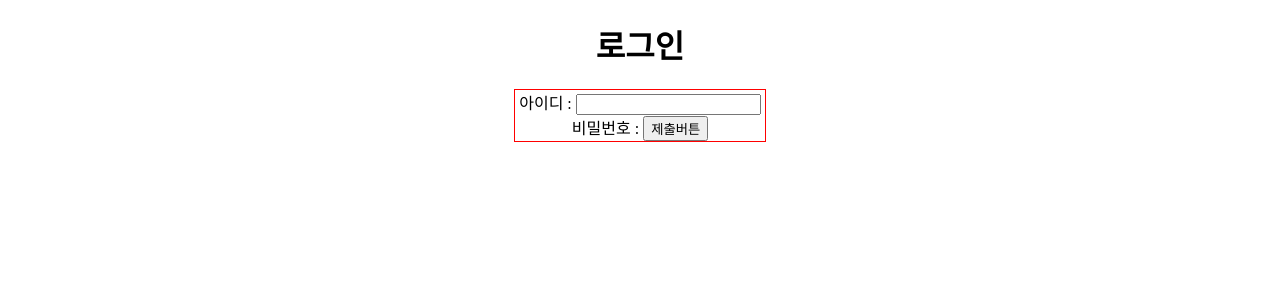
Repository: JaySurplusYoon/JSP_Servlet
Page: jsp01/WebContent/Human_info.html
The author's editor kept a copy of each file at every save. The page is drawn from the files as they stood at one save, then again after the next save.
The browser window is 1280 px wide. The pictures show the whole page.

Above is the page before, as saved 2017-08-10 12:47:57.

### jsp01/WebContent/Human_info.html
<!DOCTYPE html>
<html>
<head>
<meta charset="UTF-8">
<title>회원정보</title>
<style>
	#loginFormArea{
		text-align : center;
		width : 250px;
		margin : auto;
		border : 1px solid red;
	}
	h1{
		text-align : center;
	}
</style>
</head>
<body>
	<h1>로그인</h1>
	<section id  = "loginFormArea"?>
	<form action="HI" method="get">
	<label id = "id">아이디 :
	</label><input type= "text" name= "id" id="id"/> <br>
	<label pw = "password">비밀번호 : </label>
		<input type="submit" value="제출버튼">
	</form>
	</section>

</body>
</html>

After the next save:
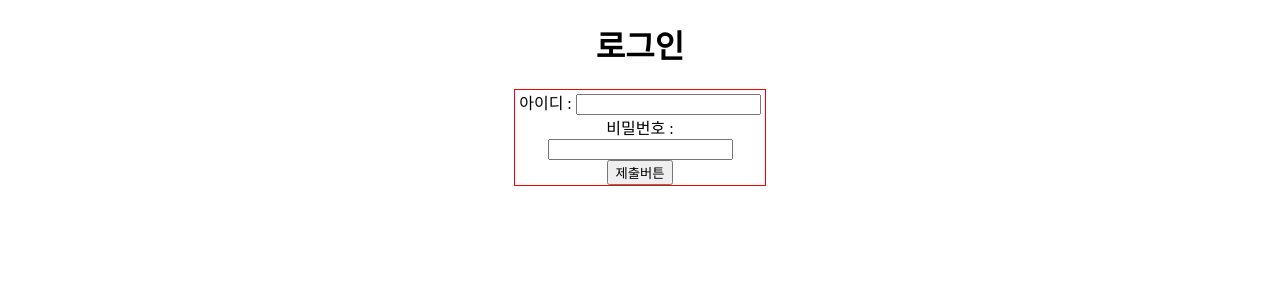
Saved 57 s later.
--- a/jsp01/WebContent/Human_info.html
+++ b/jsp01/WebContent/Human_info.html
@@ -21,7 +21,8 @@
 	<form action="HI" method="get">
 	<label id = "id">아이디 :
 	</label><input type= "text" name= "id" id="id"/> <br>
-	<label pw = "password">비밀번호 : </label>
+	<label pw = "password">비밀번호 :
+	</label><input type = "password">
 		<input type="submit" value="제출버튼">
 	</form>
 	</section>
